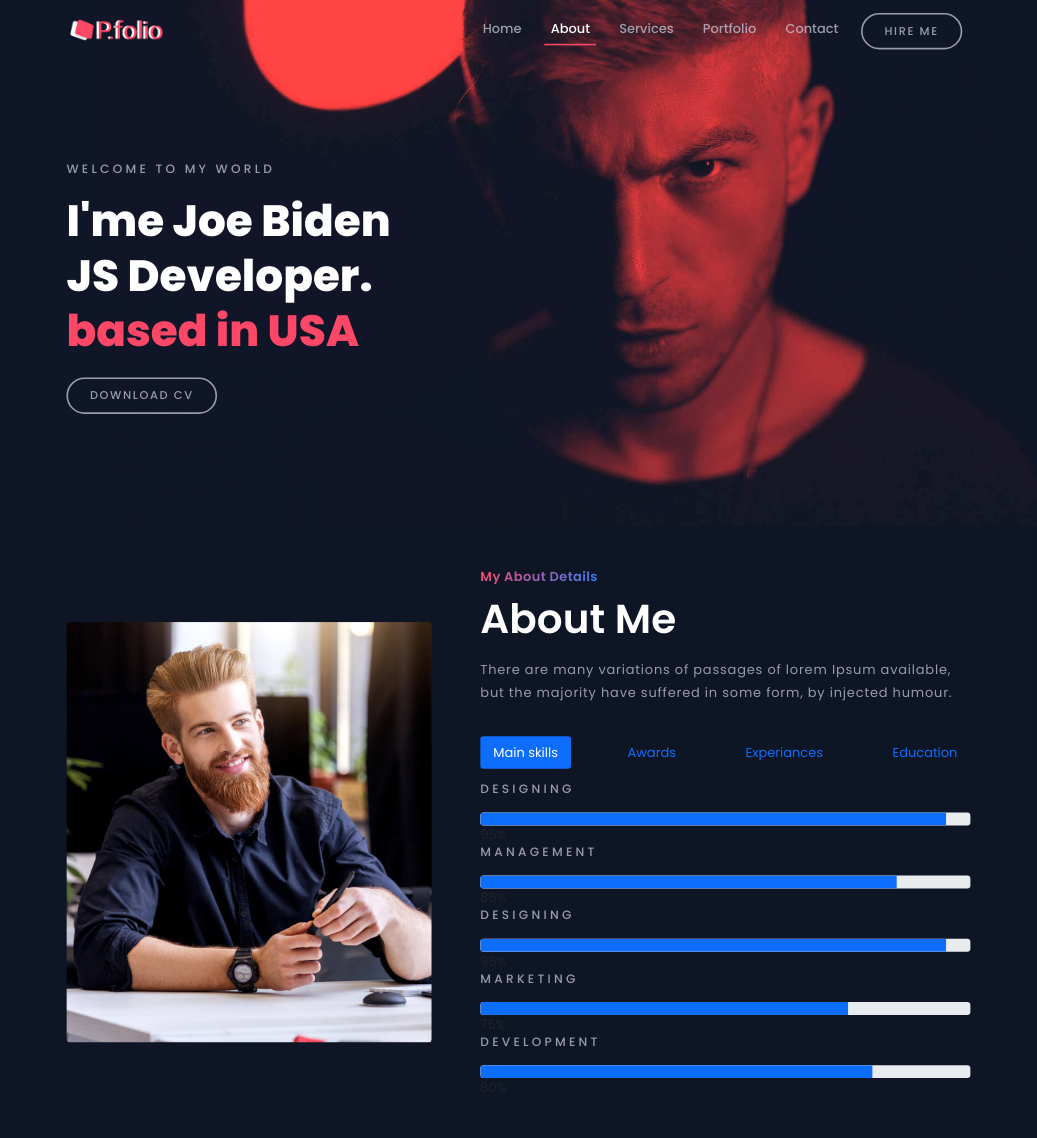
Repository: wadelfadill/Bootstrap_tache_3_responsive_portfolio
Page: index.html
The author's editor kept a copy of each file at every save. The page is drawn from the files as they stood at one save, then again after the next save.
The browser window is 1280 px wide. The pictures show the whole page, at 81% of full size.
Backgrounds fixed to the window are drawn as part of the page. Some web libraries are served in a nearby version.

Above is the page before, as saved 2023-04-11 10:34:28.

### index.html
<!DOCTYPE html>
<html lang="en">
<head>
    <meta charset="UTF-8">
    <meta http-equiv="X-UA-Compatible" content="IE=edge">
    <meta name="viewport" content="width=device-width, initial-scale=1.0">
    <title>Bootstrap_Responsive_Portfolio</title>
    <!------ FAVICON ------->
    <link rel="icon" type="image/png" href="images/favicon.png">

    <!------------ Bootstrap link --------------->
    <link href="https://cdn.jsdelivr.net/npm/bootstrap@5.1.3/dist/css/bootstrap.min.css" rel="stylesheet" integrity="sha384-1BmE4kWBq78iYhFldvKuhfTAU6auU8tT94WrHftjDbrCEXSU1oBoqyl2QvZ6jIW3" crossorigin="anonymous">

    <!-------------- Font-awsome script  ------------->
    <script src="https://kit.fontawesome.com/8f130c8a35.js" crossorigin="anonymous"></script>

    <!------------ CSS files link  ------------->
    <link rel="stylesheet" href="css/style.css">
    <link rel="stylesheet" href="css/responsive-style.css">

    <!------------- Google-Font link ---------------->
    <link rel="stylesheet" href="https://fonts.googleapis.com/css2?family=Poppins%3Awght%40100%3B200%3B300%3B400%3B500%3B600%3B700%3B800%3B900&display=swap">
</head>
<body data-bs-spy="scroll" data-bs-target=".navbar" data-bs-offset="75">
    <!------------------------------------------------------>
        <!------------- Navbar Section ----------->
        <header class="header_wrapper">
            <nav class="navbar navbar-expand-lg fixed-top">
                <div class="container">
                  <a class="navbar-brand" href="#">
                    <img src="images/logo.png" alt="logo" class="img-fluid">
                  </a>
                  <button class="navbar-toggler" type="button" data-bs-toggle="collapse" data-bs-target="#navbarNav" aria-controls="navbarNav" aria-expanded="false" aria-label="Toggle navigation">
                    <i class="fa-solid fa-bars-staggered navbar-toggler-icon"></i>
                  </button>
                  <div class="collapse navbar-collapse justify-content-end" id="navbarNav">
                    <ul class="navbar-nav menu-navbar-nav">
                      <li class="nav-item">
                        <a class="nav-link active" aria-current="page" href="#home">Home</a>
                      </li>
                      <li class="nav-item">
                        <a class="nav-link" href="#about">About</a>
                      </li>
                      <li class="nav-item">
                        <a class="nav-link" href="#services">Services</a>
                      </li>
                      <li class="nav-item">
                        <a class="nav-link" href="#portfolio">Portfolio</a>
                      </li>
                      <li class="nav-item">
                        <a class="nav-link" href="#contact">Contact</a>
                      </li>
                      <li class="nav-item mt-3 mt-lg-0">
                        <a class="main-btn" href="#contact">Hire me</a>
                      </li>
                    </ul>
                  </div>
                </div>
              </nav>
        </header>
        <!----------- Navbar section end -------->
    <!------------------------------------------------------>
        <!----------- Banner section ------------->
        <section id="home" class="banner_wrapper">
            <div class="container">
                <div class="row">
                    <div class="col-sm-12 text-center text-md-start">
                        <h6>WELCOME TO MY WORLD</h6>
                        <h1>I'me Joe Biden <br> JS Developer. <span><br>based in USA</span></h1>
                        <div class="mt-4">
                            <a href="" class="main-btn">Download CV</a>
                        </div>
                    </div>
                </div>
            </div>
        </section>
        <!----------- Banner section end --------->
    <!------------------------------------------------------>
        <!----------- About section -------------->
        <section id="about" class="about_wrapper">
            <div class="container">
              <div class="row justify-content-between align-items-center">
                  <div class="col-lg-5 mb-lg-0">
                    <img src="images/about.jpg" alt="about-img" class="img-fluid rounded-3">
                  </div>
                  <div class="col-lg-7 ps-lg-5 text-center text-lg-start">
                    <div class="my-3 my-lg-0">
                      <span class="subtitle">My About Details</span>
                      <h2>About Me</h2>
                      <p>There are many variations of passages of lorem Ipsum available, but the majority have
                        suffered in some form, by injected humour.</p>
                    </div>
                    <div class="pt-4">
                      <ul class="nav nav-pills mb-3 justify-content-center justify-content-lg-between" id="pills-tab" role="tablist">
                        <li class="nav-item" role="presentation">
                          <button class="nav-link active" id="pills-skill-tab" data-bs-toggle="pill" data-bs-target="#pills-skill" type="button" role="tab" aria-controls="pills-skill" aria-selected="true">Main skills</button>
                        </li>
                        <li class="nav-item" role="presentation">
                          <button class="nav-link" id="pills-award-tab" data-bs-toggle="pill" data-bs-target="#pills-award" type="button" role="tab" aria-controls="pills-award" aria-selected="false">Awards</button>
                        </li>
                        <li class="nav-item" role="presentation">
                          <button class="nav-link" id="pills-experiance-tab" data-bs-toggle="pill" data-bs-target="#pills-experiance" type="button" role="tab" aria-controls="pills-experiance" aria-selected="false">Experiances</button>
                        </li>
                        <li class="nav-item" role="presentation">
                          <button class="nav-link" id="pills-education-tab" data-bs-toggle="pill" data-bs-target="#pills-education" type="button" role="tab" aria-controls="pills-education" aria-selected="false">Education</button>
                        </li>
                      </ul>
                      <div class="tab-content" id="pills-tabContent">
                        <div class="tab-pane fade show active" id="pills-skill" role="tabpanel" aria-labelledby="pills-skill-tab" tabindex="0">
                            <div class="single-progress">
                                <h6>Designing</h6>
                                <div class="progress">
                                  <div class="progress-bar" role="progressbar" aria-label="Basic example" style="width: 95%" aria-valuenow="25" aria-valuemin="0" aria-valuemax="100"></div>
                                </div>
                                <span class="lable">95%</span>
                            </div>
                            <div class="single-progress">
                              <h6>Management</h6>
                              <div class="progress">
                                <div class="progress-bar" role="progressbar" aria-label="Basic example" style="width: 85%" aria-valuenow="25" aria-valuemin="0" aria-valuemax="100"></div>
                              </div>
                              <span class="lable">85%</span>
                            </div>
                            <div class="single-progress">
                              <h6>Designing</h6>
                              <div class="progress">
                                <div class="progress-bar" role="progressbar" aria-label="Basic example" style="width: 95%" aria-valuenow="25" aria-valuemin="0" aria-valuemax="100"></div>
                              </div>
                              <span class="lable">95%</span>
                            </div>
                            <div class="single-progress">
                              <h6>Marketing</h6>
                              <div class="progress">
                                <div class="progress-bar" role="progressbar" aria-label="Basic example" style="width: 75%" aria-valuenow="25" aria-valuemin="0" aria-valuemax="100"></div>
                              </div>
                              <span class="lable">75%</span>
                            </div>
                            <div class="single-progress">
                              <h6>Development</h6>
                              <div class="progress">
                                <div class="progress-bar" role="progressbar" aria-label="Basic example" style="width: 80%" aria-valuenow="25" aria-valuemin="0" aria-valuemax="100"></div>
                              </div>
                              <span class="lable">80%</span>
                            </div>
                        </div>
                        <div class="tab-pane fade" id="pills-award" role="tabpanel" aria-labelledby="pills-award-tab" tabindex="0">
                          <ul class="text-start ps-0">
                            <li>
                              <a href="#">
                              Awards.com<span>- Winner</span></a> 2019 -2020</li>
                            <li>
                              <a href="#">
                              CSS Design Awards<span>- Winner</span></a> 2017 - 2018</li>
                            <li>
                              <a href="#">
                              Design nominees<span>- Site of the day</span></a></li>
                            <li>
                              <a href="#">
                              Awards.com<span>- Winner</span></a> 2019 - 2020</li>
                          </ul>
                        </div>
                        <div class="tab-pane fade" id="pills-experiance" role="tabpanel" aria-labelledby="pills-experiance-tab" tabindex="0">
                          <ul class="text-start ps-0">
                              <li><a href="#">Sr. Front-end Engineer <span>- Google</span></a>2018 - Current</li>
                              <li><a href="#">Front-end Engineer<span>- Microsoft</span></a> 2017 - 2018</li>
                              <li><a href="#">Software Engineer<span>- Alibaba</span></a> 2013 - 2014</li>
                              <li><a href="#">Software Engineer<span>- Alibaba</span></a> 2013 - 2014</li>
                          </ul>
                        </div>
                        <div class="tab-pane fade" id="pills-education" role="tabpanel" aria-labelledby="pills-education-tab" tabindex="0">
                          <ul class="text-start ps-0">
                            <li><a href="#">Bsc In CSE <span>- ABC University, Los Angeles, CA</span></a>2010</li>
                            <li><a href="#">Dilploma in Computer Science<span>- Gama Technical</span></a> 2009</li>
                            <li><a href="#">Graphic Designer<span>- ABC Institute, Los Angeles, CA</span></a> 2007</li>
                            <li><a href="#">Graphic Designer<span>- ABC Institute, Los Angeles, CA</span></a> 2007</li>
                        </ul>
                        </div>
                      </div>
                    </div>
                  </div>
              </div>
            </div>
        </section>
        <!----------- About section end ---------->
    <!------------------------------------------------------->
        <!----------- Services section ----------->

        <!----------- Services section end ------->
    <!------------------------------------------------------->
        <!----------- Portfolio section ---------->

        <!----------- Portfolio section end ----->
    <!------------------------------------------------------->
        <!----------- Contact section ----------->

        <!----------- Contact section end ------->
    <!------------------------------------------------------->
        <!------------ Footer section ----------->

        <!------------ Footer section end ------->
    <!------------------------------------------------------->
        <!-- JS file link -->
        <script src="js/main.js"></script>
        <!---------------- bootstrap script -------------->
        <script src="https://cdn.jsdelivr.net/npm/bootstrap@5.1.3/dist/js/bootstrap.bundle.min.js" integrity="sha384-ka7Sk0Gln4gmtz2MlQnikT1wXgYsOg+OMhuP+IlRH9sENBO0LRn5q+8nbTov4+1p" crossorigin="anonymous"></script>
</body>
</html>

### css/style.css
/* TABLE OF CONTENTS */
/* --------------------
1. General
2.Navbar
3.Banner
4.About
5.Services
6.Portfolio
7.contact
8.Footer
---------------------- */

/* 1. General */
@import url('https://fonts.googleapis.com/css2?family=Poppins%3Awght%40100%3B200%3B300%3B400%3B500%3B600%3B700%3B800%3B900&display=swap');

*{
    box-sizing: border-box;
    margin: 0;
    padding: 0;
}
:root{
    /* Background Color */
    --primary-color:#FD4766;
    --secondary-color:#0e1525;
    --bg-dark-blue:#091020;
    --bg-white:#fff;
    --gray-color:#c6c9d8bf;
    --gradient-color: linear-gradient(-224deg, var(--primary-color) 0, #337Dff 100%);
    --gradient-text: linear-gradient(120deg, #1C99FE 20.69%, #7644FF 50.19%, var(--primary-color) 79.69%);
    filter: progid:DXImageTransform.Microsoft.gradient(startColorstr='var(--primary-color)', endColorstr='var(--secondary-color)', GradientType=1);

    /* Text Color */
    --primary-font: 'Poppins', 'sans-serif';
    --primary-text: #FD4766;
    --text-gray: #c6c9d8bf;
    --text-white:#fff;

}

body{
    font-family: var(--primary-font);
    background-color: var(--secondary-color);
}
a{
    text-decoration: none;
}

/* 1 custom css */
::-webkit-scrollbar{
    width: 6px;
}
::-webkit-scrollbar-track{
    background: var(--bg-dark-blue);
}
::-webkit-scrollbar-thumb{
    background: var(--primary-color);
}
input[type=number]::-webkit-inner-spin-button,
input[type=number]::-webkit-outer-spin-button{
    -webkit-appearance: none;
    margin: 0;
}

section{
    padding: 50px 0;
}
.main-btn{
    display: inline-block;
    border-radius: 50px;
    transition: all .4s ease-in-out;
    padding: 10px 27px;
    background-color: transparent;
    border: 2px solid var(--gray-color);
    color: var(--text-gray);
    font-weight: 500;
    font-size: 14px;
    text-transform: uppercase;
    letter-spacing: 2px;
    text-decoration: none;
}
.main-btn:hover{
    background-color: var(--primary-color);
    border-color: var(--primary-color);
    color: var(--text-white);

}
h1{
    font-size: 54px;
    line-height: 68px;
    font-weight: 800;
    color: var(--text-white);
    margin-bottom: 20px;
}
h1 span{
    color: var(--primary-color);
}
h2{
    font-size: 50px;
    line-height: 1.3;
    font-weight: 600;
    color: var(--text-white);
    margin-bottom: 15px;
}
h3{
    font-size: 20px;
    font-weight: 800;
    color: var(--text-white);
    margin-bottom: 19px;
}
h6{
    font-size: 15px;
    text-transform: uppercase;
    letter-spacing: 4px;
    display: block;
    color: var(--text-gray);
    margin-bottom: 20px;
}

p{
    color: var(--text-gray);
    font-size: 16px;
    line-height: 28px;
    letter-spacing: 1px;
    font-weight: 400;
}

.subtitle{
    display: inline-block;
    font-weight: 600;
    letter-spacing: 0.5px;
    line-height: 18px;
    font-size: 16px;
    margin-bottom: 12px;
    background: var(--gradient-color);
    -webkit-background-clip: text;
    -webkit-text-fill-color: transparent;
}
input:hover,
input:focus,
textarea:hover,
textarea:focus,
button{
    outline: none !important;
    box-shadow: none !important;
}

/* 2. Navbar */
.header_wrapper .navbar{
    padding: 15px 0;
    -webkit-transition: all .2s linear;
    -o-transition: all .2s linear;
    transition: all .2s linear;

}
.header_wrapper .navbar-brand img{
    max-width: 120px;
    height: auto;
}
.header_wrapper .navbar-toggler{
    border: 0;
    color: var(--gray-color);
    line-height: 2;
}
.header_wrapper .navbar-toggler:focus{
    box-shadow: none;
}
.header_wrapper .nav-item{
    margin: 0 10px;
}
.header_wrapper .nav-item .nav-link{
    position: relative;
    font-size: 16px;
    font-weight: 500;
    color: var(--text-gray);
    display: inline-block;
}
.header_wrapper .nav-item .nav-link::after{
    position: absolute;
    content: '';
    left: 0;
    width: 0;
    height: 2px;
    background: var(--primary-color);
    transition: 0.3s;
    bottom: 0;
}
.header_wrapper .nav-item .nav-link.active::after,
.header_wrapper .nav-item .nav-link:hover::after{
    width: 100%;

}
.header_wrapper .nav-item .nav-link.active,
.header_wrapper .nav-item .nav-link:hover{
     color: var(--text-white);
}
.header-scrolled{
    position: fixed;
    top: 0;
    left: 0;
    width: 100%;
    background-color: var(--bg-dark-blue);
    -webkit-box-shadow: 0 4px 6px 0 rgba(12, 0, 46, .05);
    box-shadow: 0 4px 6px 0 rgba(12, 0, 46, .05);
}
.header-scrolled .nav-item .nav-link.active,
.header-scrolled .nav-item .nav-link:hover{
     color: var(--primary-text);
}
/* 3. Banner */
.banner_wrapper{
    width: 100%;
    height: auto;
    min-height: 650px;
    background-image: url('../images/bg-image.jpg');
    background-repeat: no-repeat;
    background-position: center center;
    background-size: cover;
    background-attachment: fixed;
    padding: 200px 0 100px 0;
}

### css/responsive-style.css
@media (max-width:991px){

    /* Custom css */
    section{
        padding: 30px 0;
    }
    h2{
        font-size: 30px;
        line-height: 40px;
    }
    h3{
        font-size: 20px;
    }
    /* 2. Navbar */
    .header-scrolled{
        height: auto;
    }
    .header_wrapper .menu-navbar-nav{
        text-align: center;
        background-color: var(--bg-dark-blue);
        padding-bottom: 15px;
    }
    .header_wrapper .nav-item .nav-link{
        margin-top: 15px;
    }
    /* banner wrapper */
    .banner_wrapper{
        padding: 200px 0;
    }
}



@media (max-width:767px){
    /* Custom css */
    section{
        padding: 30px 0;
    }
    h1{
        font-size: 40px;
        line-height: 48px;
    }
    h2{
        font-size: 25px;

    }
    p{
        font-size: 13px;
        line-height: 24px;
    }
}

### js/main.js
//Header Scroll
let nav = document.querySelector(".navbar");
window.onscroll = function () {
    if(document.documentElement.scrollTop > 20){
        nav.classList.add("header-scrolled");
    }else{
        nav.classList.remove("header-scrolled");
    }
}

// nav hide
let navBar = document.querySelectorAll(".nav-link");
let navCollapse = document.querySelector(".navbar-collapse.collapse");
navBar.forEach(function(a){
    a.addEventListener("click", function(){
        navCollapse.classList.remove("show")
    })
})

After the next save:
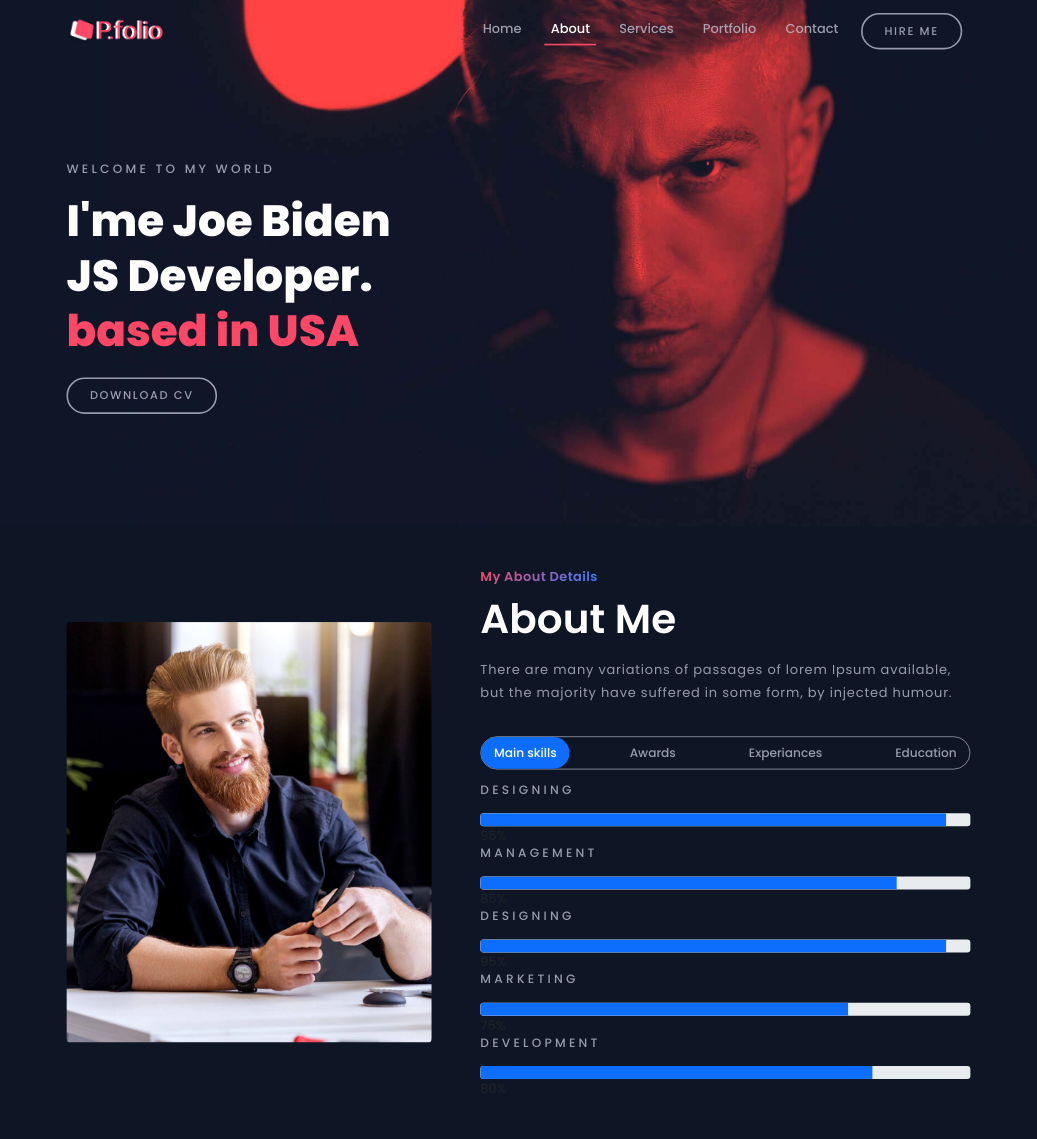
Saved 10 min 18 s later.
--- a/css/style.css
+++ b/css/style.css
@@ -45,7 +45,7 @@ a{
     text-decoration: none;
 }
 
-/* 1 custom css */
+/* 2. custom css */
 ::-webkit-scrollbar{
     width: 6px;
 }
@@ -218,3 +218,18 @@ button{
     background-attachment: fixed;
     padding: 200px 0 100px 0;
 }
+/* 4. About */
+.about_wrapper ul.nav-pills{
+    border: 1px solid var(--gray-color);
+    border-radius: 50px;
+
+}
+.about_wrapper ul li .nav-link{
+    border-radius: 50px;
+    font-size: 15px;
+    font-weight: 500;
+    transition: all 0.45s cubic-bezier(0,0,0.2,1);
+    display: inline-block;
+    color: var(--text-gray);
+    border: 0;
+}
